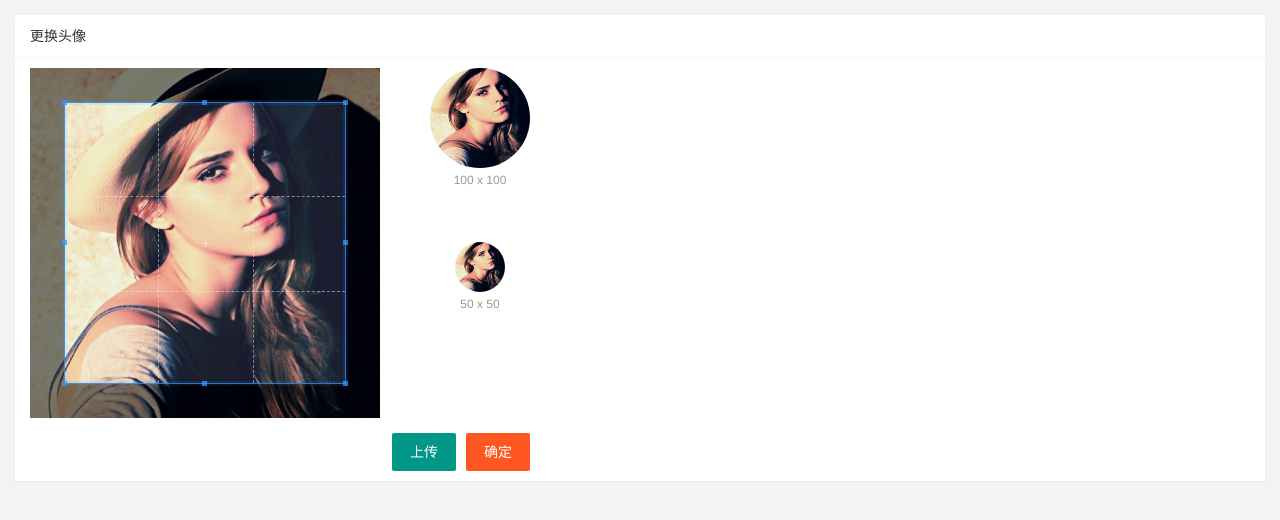
Repository: Libing-spac/big-event
Page: user/user_avatar.html
An editor plug-in stored every save of this project. The page is shown before and after a run of saves, followed by the edit.
The browser window is 1280 px wide. The pictures show the whole page.

Above is the page before, as saved 2021-03-14 17:32:10.

### user/user_avatar.html
<!DOCTYPE html>
<html lang="en">

<head>
  <meta charset="UTF-8">
  <meta name="viewport" content="width=device-width, initial-scale=1.0">
  <meta http-equiv="X-UA-Compatible" content="ie=edge">
  <title>Document</title>
  <link rel="stylesheet" href="../assets/lib/layui/css/layui.css" />
  <link rel="stylesheet" href="../assets/lib/cropper/cropper.css" />
  <link rel="stylesheet" href="../assets/css/user/user_avatar.css" />
</head>

<body>

  <!-- 卡片区域 -->
  <div class="layui-card">
    <div class="layui-card-header">更换头像</div>
    <div class="layui-card-body">
      <div class="outer-box">
        <!-- 裁剪区域 -->
        <!-- Wrap the image or canvas element with a block element (container) -->
        <div class="cropper-box">
          <img id="image" src="../../assets/images/sample.jpg" />
        </div>

        <!-- 预览区域 -->
        <div class="preview-box">
          <div class="img-preview w100"></div>
          <p>100 x 100</p>
          <div class="img-preview w50"></div>
          <p>50 x 50</p>
        </div>
      </div>

      <!-- 底部按钮区域 -->
      <div class="btns">
        <button class="layui-btn" id="btnChooseImage">上传</button>
        <button class="layui-btn layui-btn-danger" id="btnCreateAvatar">确定</button>
      </div>
    </div>
  </div>

  <!-- 文件选择框 -->
  <!-- 通过 accept 属性控制选择的文件类型 -->
  <input type="file" id="file" style="display: none;" accept="image/jpeg,image/png,image/bmp,image/gif" />

  <script src="../assets/lib/layui/layui.all.js"></script>
  <script src="../assets/lib/jquery.js"></script>
  <script src="../assets/lib/axios.min.js"></script>
  <script src="../assets/js/ajaxBase.js"></script>

  <!-- 裁切图片插件 -->
  <script src="../assets/lib/cropper/Cropper.js"></script>
  <script src="../assets/lib/cropper/jquery-cropper.js"></script>

  <!-- 自己的js文件 -->
  <script src="../assets/js/user/user_avatar.js"></script>
</body>

</html>

### assets/css/user/user_avatar.css
html,
body {
  margin: 0;
  padding: 0;
  background-color: #f2f3f5;
}

body {
  padding: 15px;
}

/* Limit image width to avoid overflow the container */
img {
  max-width: 100%; /* This rule is very important, please do not ignore this! */
}

/* 裁剪区域的宽和高 */
.cropper-box {
  width: 350px;
  height: 350px;
}

/* 预览盒子1 */
.w100 {
  width: 100px;
  height: 100px;
  overflow: hidden;
  border-radius: 50%;
}

/* 预览盒子2 */
.w50 {
  width: 50px;
  height: 50px;
  overflow: hidden;
  margin-top: 50px;
  border-radius: 50%;
}

.outer-box {
  width: 500px;
  display: flex;
  justify-content: space-between;
}

/* 预览区域的外出盒子 */
.preview-box {
  display: flex;
  flex-direction: column;
  align-items: center;
  font-size: 12px;
  color: #999;
}

/* 底部按钮的样式 */
.btns {
  width: 500px;
  margin-top: 15px;
  display: flex;
  justify-content: flex-end;
}

#iptAvatar {
  display: none;
}

### assets/js/ajaxBase.js
// 优化1 => 配置根路径
axios.defaults.baseURL = 'http://api-breakingnews-web.itheima.net'
// 优化2 => 配置请求头信息
// 添加请求拦截器
axios.interceptors.request.use(
  function (config) {
    // 在发送请求之前做些什么
    if (config.url.indexOf('/my') !== -1) {
      // 说明有my
      config.headers.Authorization = localStorage.getItem('token')
    }

    return config
  },
  function (error) {
    // 对请求错误做些什么
    return Promise.reject(error)
  }
)

// 添加响应拦截器
axios.interceptors.response.use(
  function (response) {
    if (
      response.data.status === 1 &&
      response.data.message === '身份认证失败！'
    ) {
      // 如果获取身份信息失败 清除token 返回登录页面
      localStorage.removeItem('token')
      location.href = '/login.html'
    }
    // 对响应数据做点什么
    return response
  },
  function (error) {
    // 对响应错误做点什么
    return Promise.reject(error)
  }
)

### assets/js/user/user_avatar.js
$(function () {
  // 1.1 获取裁剪区域的 DOM 元素
  let $image = $('#image')

  // 1.2 配置选项
  let options = {
    // 纵横比
    aspectRatio: 1,
    // 指定预览区域
    preview: '.img-preview',
  }

  // 1.3 创建裁剪区域
  $image.cropper(options)

  // 点击上传触发文件域按钮
  $('#btnChooseImage').on('click', function () {
    // 触发点击事件
    $('#file').click()
  })
  // 注册change 事件 当文件域里的内容发生改变时候 触发
  $('#file').on('change', function () {
    // 获取到文件对象
    let file = this.files[0]
    // 根据选择的文件，创建一个对应的 URL 地址：
    let newImgURL = URL.createObjectURL(file)
    $image
      .cropper('destroy') // 销毁旧的裁剪区域
      .attr('src', newImgURL) // 重新设置图片路径
      .cropper(options) // 重新初始化裁剪区域
  })
  // 点击保存 裁剪头像并修改
  $('#btnCreateAvatar').on('click', function () {
    let base64Str = image.cropper('getCroppedCanvas', {
      // 创建一个 Canvas 画布
      width: 100,
      height: 100,
    })

    // 把图片转成base64格式
    let dataURL = base64Str.toDataURL() // 把canvas图片转成base64格式
    //
  })
})

Loaded but not shown: assets/lib/layui/css/layui.css (library); assets/lib/cropper/cropper.css (library); assets/lib/layui/layui.all.js (library); assets/lib/jquery.js (library); assets/lib/axios.min.js (library); assets/lib/cropper/Cropper.js (library); assets/lib/cropper/jquery-cropper.js (common file); assets/lib/layui/css/modules/laydate/default/laydate.css (library); assets/lib/layui/css/modules/layer/default/layer.css (library); assets/lib/layui/css/modules/code.css (common file)

After the next 3 saves:
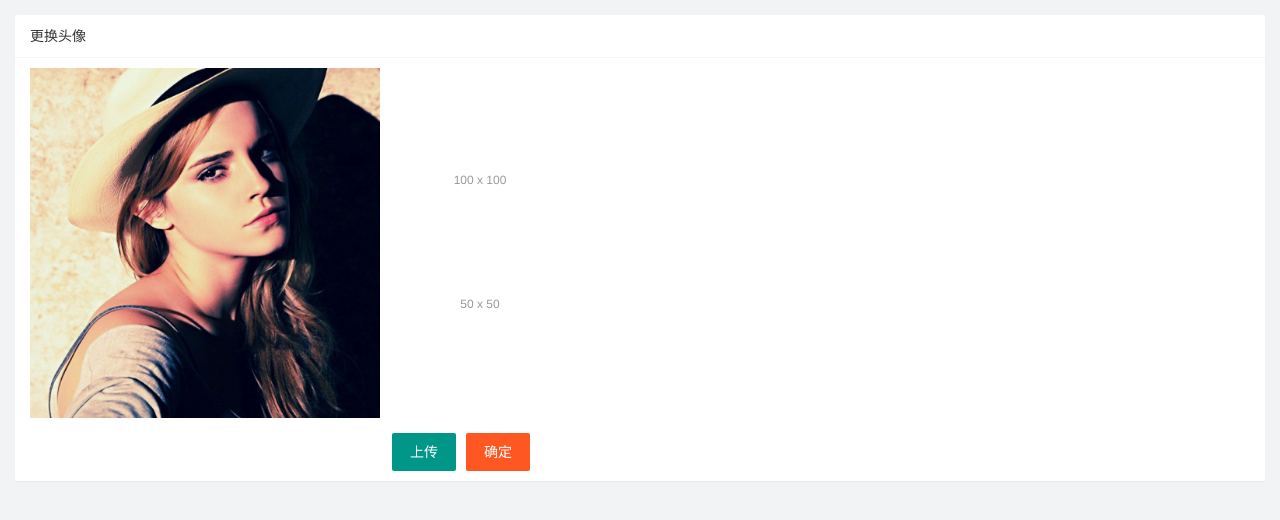
Console error: SyntaxError: Unexpected token '}'
The 3 saves are shown as one change because they came seconds apart.
The last was saved 19 s later.
--- a/assets/js/user/user_avatar.js
+++ b/assets/js/user/user_avatar.js
@@ -39,6 +39,7 @@
 
     // 把图片转成base64格式
     let dataURL = base64Str.toDataURL() // 把canvas图片转成base64格式
-    //
+    // 发送Ajax请求
+    axios.
   })
 })

After the save that followed:
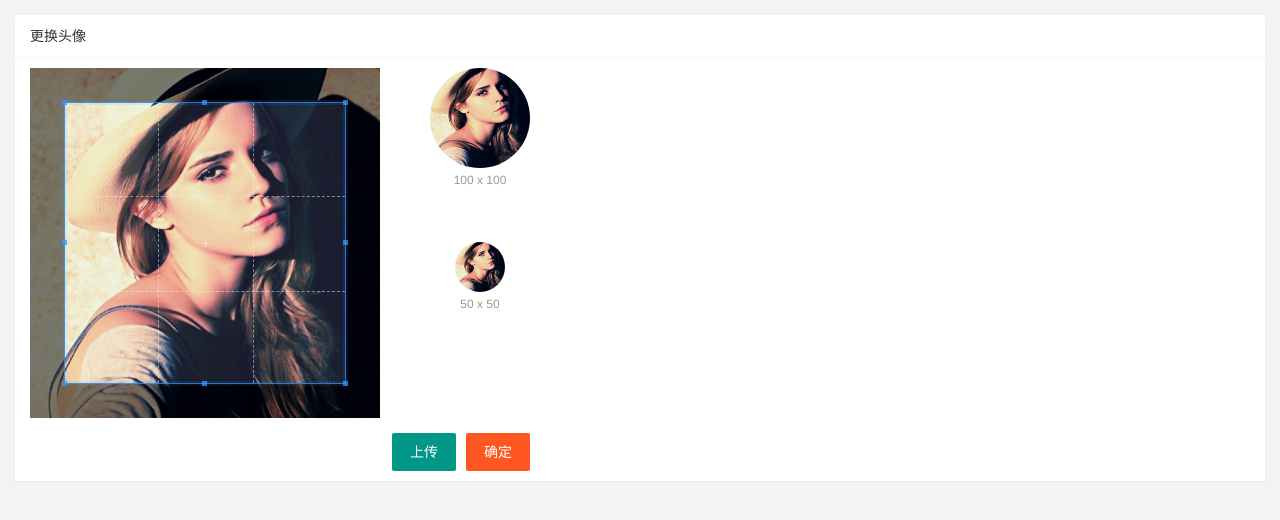
The error is gone.
Saved 4 s later.
--- a/assets/js/user/user_avatar.js
+++ b/assets/js/user/user_avatar.js
@@ -40,6 +40,6 @@
     // 把图片转成base64格式
     let dataURL = base64Str.toDataURL() // 把canvas图片转成base64格式
     // 发送Ajax请求
-    axios.
+    axios.post('')
   })
 })
